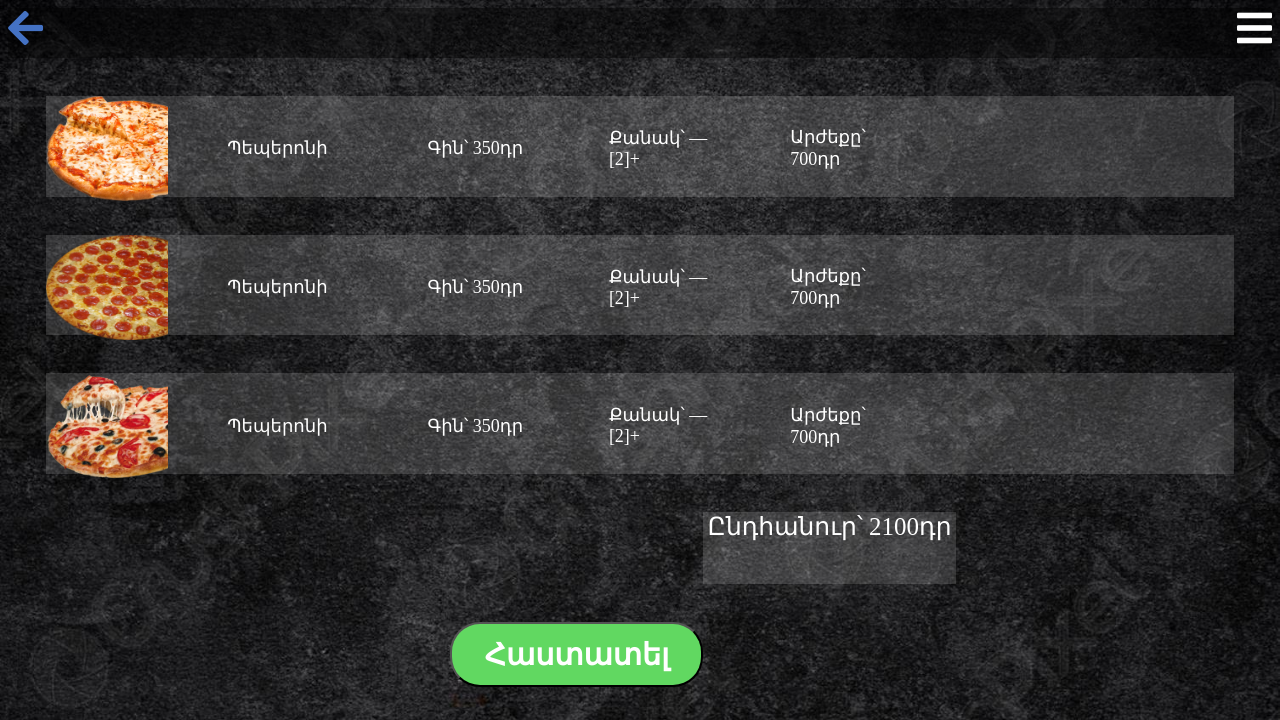
Repository: NarekTovmasyan/PizzaManue
Page: public/basket.html
An editor plug-in stored every save of this project. The page is shown before and after the next save, followed by the edit.
The browser window is 1280 px wide. The pictures show the whole page.

Above is the page before, as saved 2022-01-20 16:01:12.

### public/basket.html
<!DOCTYPE html>
<html lang="en">
<head>
    <meta charset="UTF-8">
    <meta http-equiv="X-UA-Compatible" content="IE=edge">
    <meta name="viewport" content="width=device-width, initial-scale=1.0">
    <link rel="stylesheet" href="basket.css">
    <link rel="stylesheet" href="https://use.fontawesome.com/releases/v5.15.4/css/all.css" integrity="sha384-DyZ88mC6Up2uqS4h/KRgHuoeGwBcD4Ng9SiP4dIRy0EXTlnuz47vAwmeGwVChigm" crossorigin="anonymous">
    <title>BASKET</title>

</head>
<body>
    <nav class="menu ">
        <i class="fas fa-arrow-left"></i>
          <i class="fas fa-bars"></i>
     </nav>
    <div class= "main">
        <div class ="prop">
            <div class="pizza1Img"></div>
            <div>Պեպերոնի</div>
            <div>Գին՝ 350դր</div>
            <div>Քանակ՝ —[2]+ </div>
            <div class = "value">Արժեքը՝ 700դր</div>
            <div></div>
         </div>
        <div class ="prop">
            <div class="pizza2Img"></div>
            <div>Պեպերոնի</div>
            <div>Գին՝ 350դր</div>
            <div>Քանակ՝ —[2]+ </div>
            <div class = "value">Արժեքը՝ 700դր</div>
            <div></div>
        </div>
        <div class ="prop">
            <div class="pizza3Img"></div>
            <div>Պեպերոնի</div>
            <div>Գին՝ 350դր</div>
            <div>Քանակ՝ —[2]+ </div>
            <div class = "value" >Արժեքը՝ 700դր</div>
            <div></div>
        </div>
        <div class ="sum">Ընդհանուր՝ 2100դր</div>
         <button class = "confirm">Հաստատել</button>
    </div>
</body>
</html>

### public/basket.css
body {
    background-image: url(./images/background.jpg);
    background-repeat: no-repeat;
    background-size: cover;
  }
 .main{
      width: 100%;
      height: 75vh;
}
.menu {
    height: 50px;
    background-color: rgba(0, 0, 0, 0.425);
    display: flex;
    justify-content: space-between;
  }
.fa-arrow-left {
    color: #4472c4;
    font-size: 40px;
    cursor: pointer;
  }
  .fa-bars {
    color: #fff;
    font-size: 40px;
    cursor: pointer;
  }
.prop{
  background-color: rgba(255, 255, 255, 0.144) ;
  width: 94%;
  height: 14vh;
  margin-top: 3%;
  margin-left: 3%;
  display: grid;
  grid-template-columns: 1fr 1fr 1fr 1fr 1fr 1fr 1fr;
  column-gap: 100px;
  justify-content: center;
  align-items: center;
  color:white ;
  font-size: 18px;
}
 .prop >  div{
    width: 150%;
 }
.sum{
    background-color: rgba(255, 255, 255, 0.144) ;
    width: 20%;
    height: 10vh;
    margin-top: 3%;
    margin-left: 55%;
    font-size: 25px;
    font-weight: 500;
    text-align:center;
    color:white;
}

.confirm{
    background-color:rgb(97, 216, 97);
    height: 9vh;
    width: 20%;
    border-radius: 30px;
    text-align:center;
    font-size: 30px;
    font-weight: 700;
    margin-left:35%;
    margin-top: 3%;
    color:white;
    cursor: pointer;
}
.confirm:hover {
    background-color: rgb(216, 250, 216);
    color: black
  }
.pizza1Img{
    background-image: url(./images/pizza1.png);
    height:105px;
    width: 160px;
    background-size: cover;
}
.pizza2Img{
    background-image: url(./images/resize-16426253651557335988pizza2\ \(1\).png);
    height:105px;
    width: 160px;
    background-size: cover;
}
.pizza3Img{
    background-image: url(./images/pizza3.png);
    height:105px;
    width: 160px;
    background-size: cover;
}

After the next save:
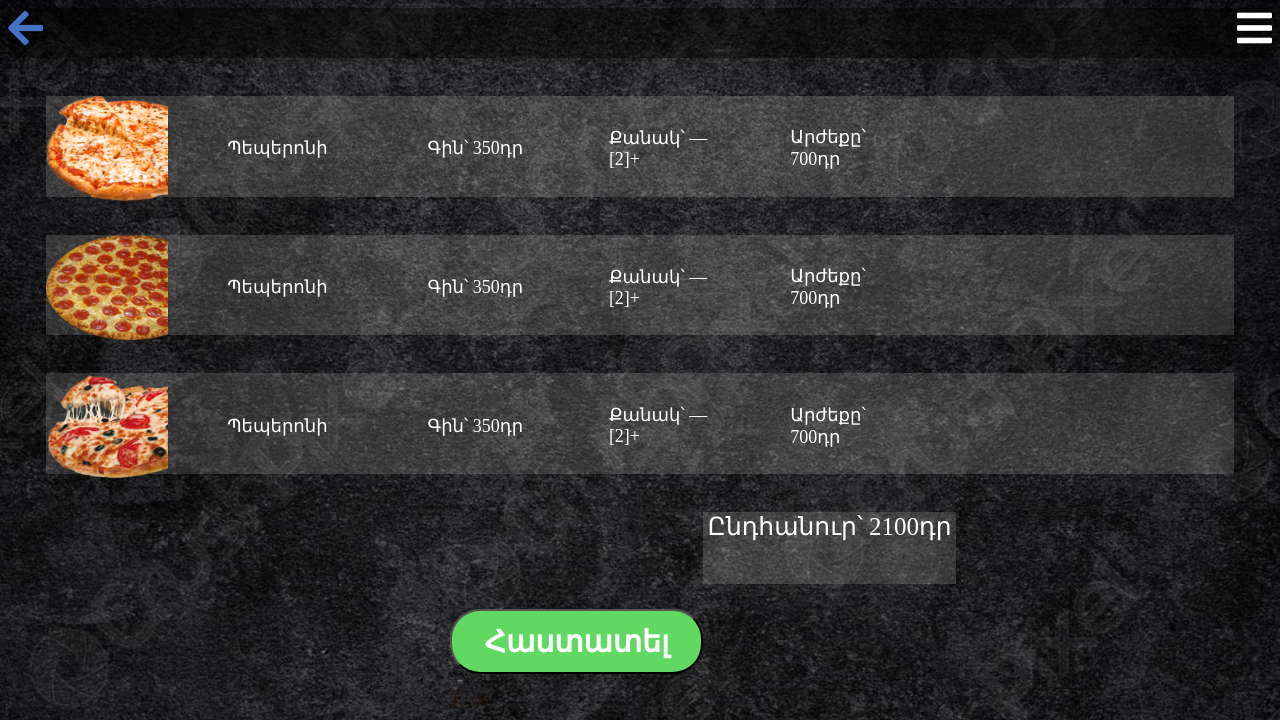
Saved 21 s later.
--- a/public/basket.css
+++ b/public/basket.css
@@ -61,7 +61,7 @@ body {
     font-size: 30px;
     font-weight: 700;
     margin-left:35%;
-    margin-top: 3%;
+    margin-top: 2%;
     color:white;
     cursor: pointer;
 }
